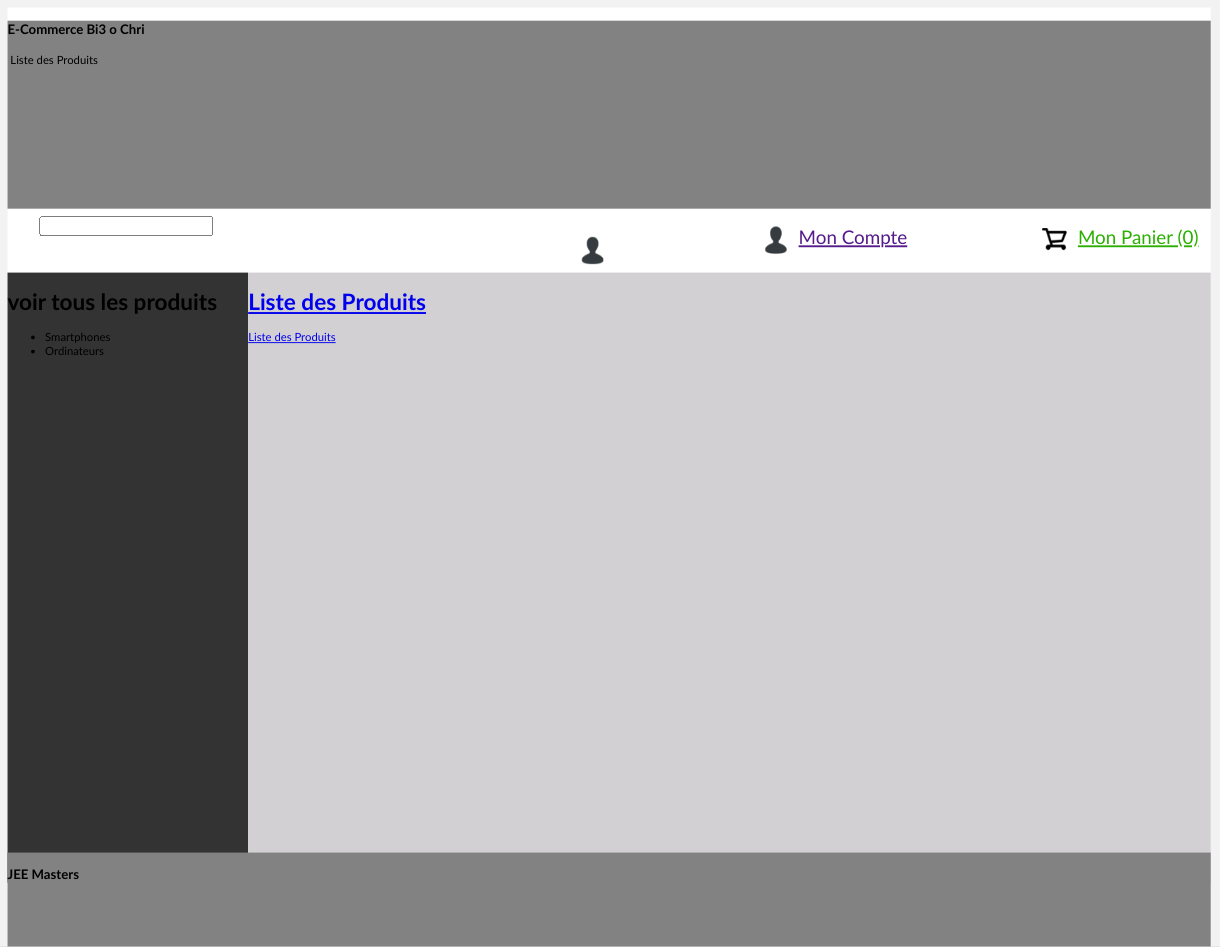
Repository: EBusinesss/Ebusiness
Page: http://localhost/EcomWEB/
An editor plug-in stored every save of this project. The page is shown before and after the next save, followed by the edit.
The browser window is 1280 px wide. The page is 1298 px wide, so the pictures cover 1298 px, including what lies to the right of the window. The pictures show the whole page, at 94% of full size.
The page is served by Tomcat 9. Nobody is signed in. The application's start-up code is not run.

Above is the page before, as saved 2014-12-25 17:03:37.

After the next save:
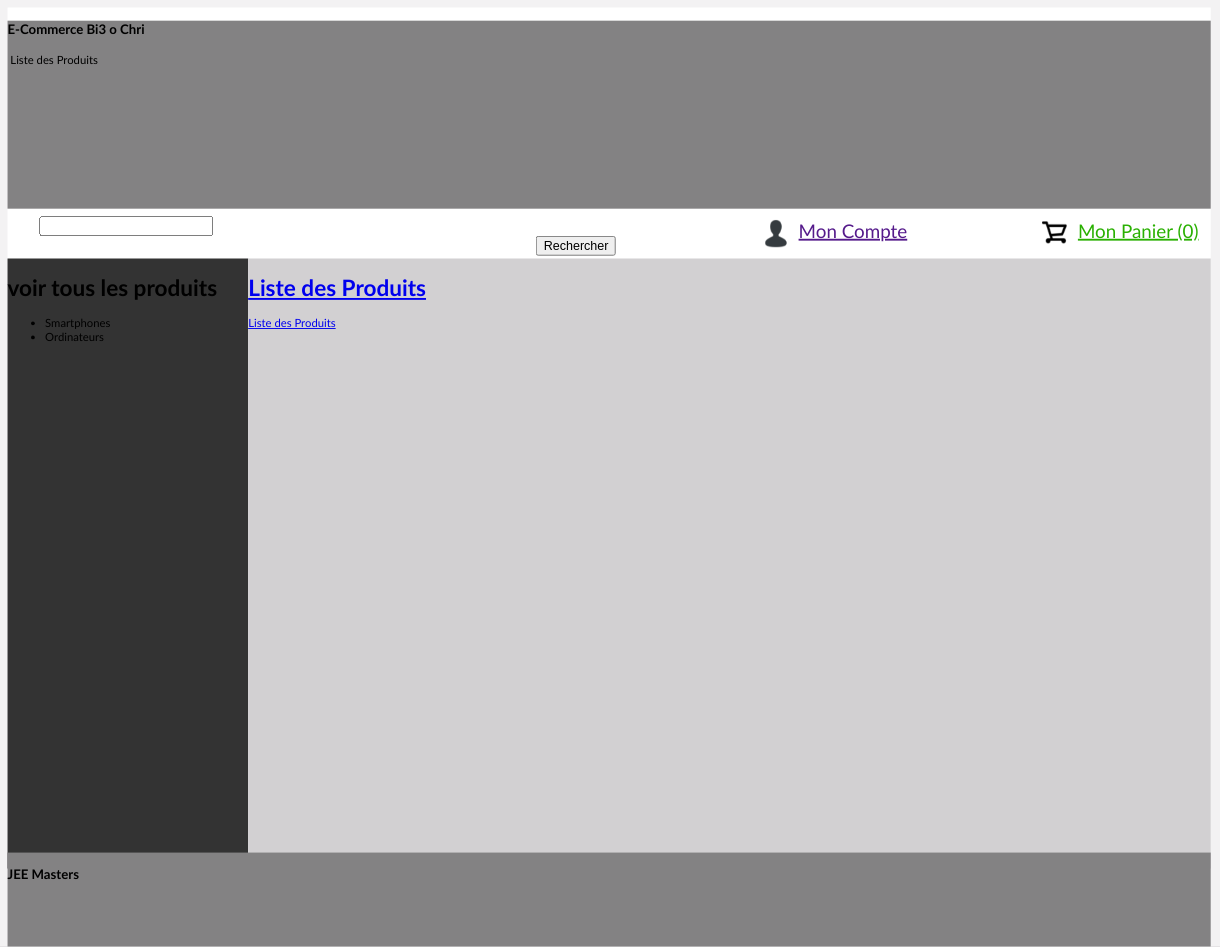
Saved 3 h 18 min later.
--- a/Workspace/EcomWEB/WebContent/index.jsp
+++ b/Workspace/EcomWEB/WebContent/index.jsp
@@ -32,10 +32,10 @@
 			<table class="tableNavig">
 				<tr>
 					<td width="50%"><input type="text" id="nomProduitRecherche"
-						width="40px" align="right"
+						height="25" width="40" align="right"
 						onkeydown="if (event.keyCode==13) document.getElementById('btnSearch').click()">
 						<div align="right">
-							<div class="icn-search" onclick="Rechercher()" id="btnSearch"> </div>
+							<button onclick="Rechercher()" type="button" id="btnSearch">Rechercher</button>
 						</div></td>
 
 					<td width="25%" align="right">
